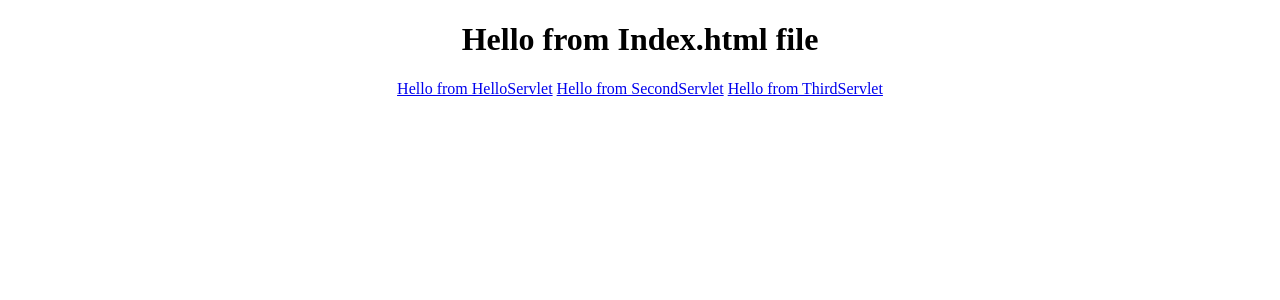
Repository: 83520-my-git-data/advjava
Page: assignment01_classwork/day01/firstapp/src/main/webapp/index.html
An editor plug-in stored every save of this project. The page is shown before and after the next save, followed by the edit.
The browser window is 1280 px wide. The pictures show the whole page.

Above is the page before, as saved 2024-06-07 17:24:27.

### assignment01_classwork/day01/firstapp/src/main/webapp/index.html
<!DOCTYPE html>
<html>
<head>
<meta charset="ISO-8859-1">
<title>Home</title>
</head>
<body style="text-align:center">
<h1>Hello from Index.html file</h1>
<form>
	<a href="hello" >Hello from HelloServlet</a>
	<a href="cya">Hello from SecondServlet</a>
	<a href="greetings">Hello from ThirdServlet</a>
</form>

</body>
</html>

After the next save:
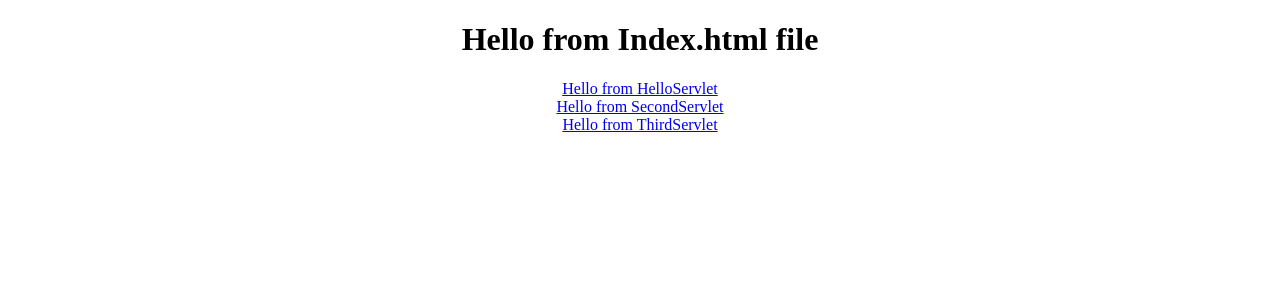
Saved 16 min 22 s later.
--- a/assignment01_classwork/day01/firstapp/src/main/webapp/index.html
+++ b/assignment01_classwork/day01/firstapp/src/main/webapp/index.html
@@ -8,7 +8,9 @@
 <h1>Hello from Index.html file</h1>
 <form>
 	<a href="hello" >Hello from HelloServlet</a>
+	<br/>
 	<a href="cya">Hello from SecondServlet</a>
+	<br/>
 	<a href="greetings">Hello from ThirdServlet</a>
 </form>
 
